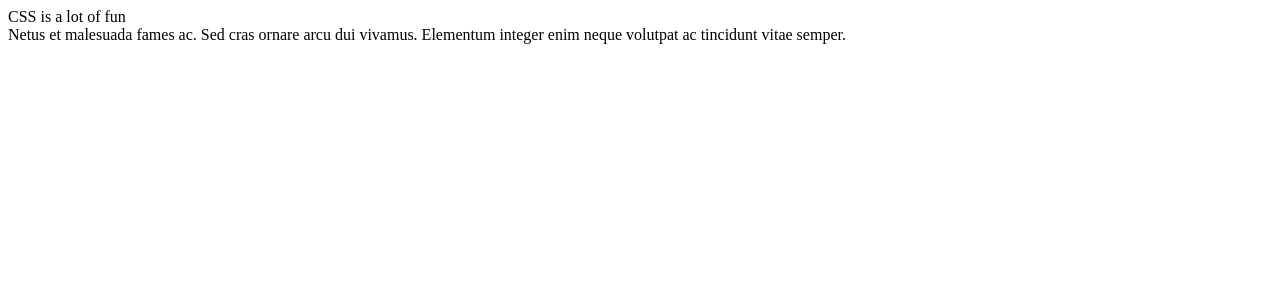
Repository: Doumham-Armah/sample-landing-page
Page: index.html
The author's editor kept a copy of each file at every save. The page is drawn from the files as they stood at one save, then again after the next save.
The browser window is 1280 px wide. The pictures show the whole page.

Above is the page before, as saved 2021-08-16 12:23:02.

### index.html
<!DOCTYPE html>
<html lang="en">
  <head>
    <meta charset="UTF-8" />
    <meta http-equiv="X-UA-Compatible" content="IE=edge" />
    <meta name="viewport" content="width=device-width, initial-scale=1.0" />
    <title>Document</title>
  </head>
  <body>
    <header>CSS is a lot of fun</header>

    <section class="section one">
      Netus et malesuada fames ac. Sed cras ornare arcu dui vivamus. Elementum
      integer enim neque volutpat ac tincidunt vitae semper.
    </section>
    <section class="section two"></section>
  </body>
</html>

After the next save:
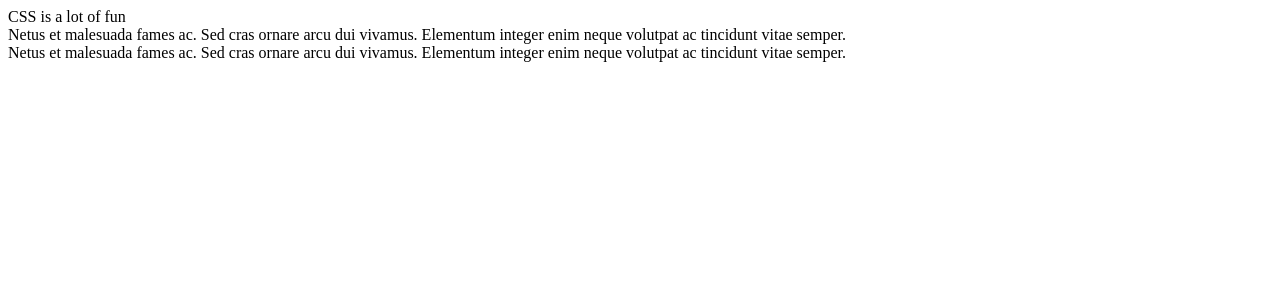
Saved 13 s later.
--- a/index.html
+++ b/index.html
@@ -13,6 +13,9 @@
       Netus et malesuada fames ac. Sed cras ornare arcu dui vivamus. Elementum
       integer enim neque volutpat ac tincidunt vitae semper.
     </section>
-    <section class="section two"></section>
+    <section class="section two">
+      Netus et malesuada fames ac. Sed cras ornare arcu dui vivamus. Elementum
+      integer enim neque volutpat ac tincidunt vitae semper.
+    </section>
   </body>
 </html>
